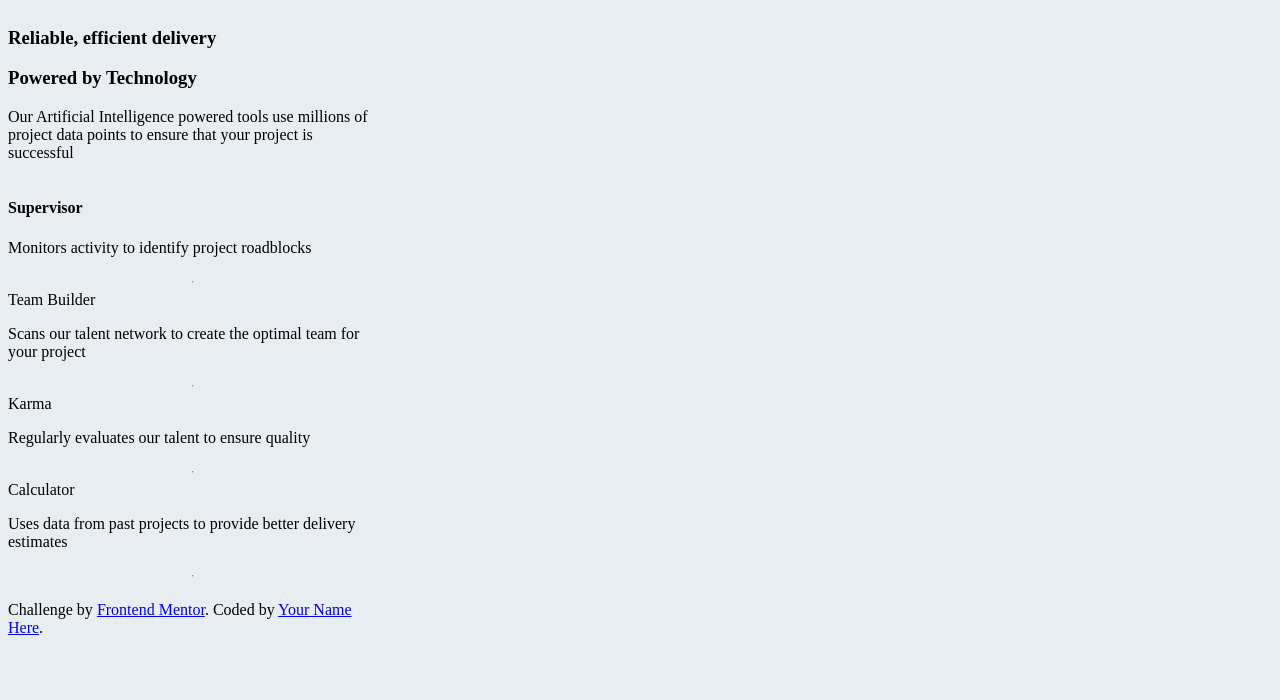
Repository: AngelaMwelu/four-card-page
Page: index.html
An editor plug-in stored every save of this project. The page is shown before and after the next save, followed by the edit.
The browser window is 1280 px wide. The pictures show the whole page.

Above is the page before, as saved 2025-05-15 15:10:45.

### index.html
<!DOCTYPE html>
<html lang="en">
<head>
  <meta charset="UTF-8">
  <meta name="viewport" content="width=device-width, initial-scale=1.0"> <!-- displays site properly based on user's device -->

  <link rel="icon" type="image/png" sizes="32x32" href="./images/favicon-32x32.png">
  <link rel="stylesheet" href="style.css">

  <title>Frontend Mentor | Four card feature section</title>
  <!-- Feel free to remove these styles or customise in your own stylesheet 👍 -->

  <style>
    .Card{
      display:flex;
      flex-direction:column;
      justify-content:center;
      min-height: 100mv;
    }
  </style>
</head>
<body>
  <div class="Card">
    <div class="about">
      <h3>Reliable, efficient delivery</h3>
      <h3>Powered by Technology</h3>

      <p>Our Artificial Intelligence powered tools use millions of project data points
       to ensure that your project is successful</p>
    </div>

    <div class="Supervisor">
      <h4>Supervisor</h4>
      <p>Monitors activity to identify project roadblocks</p>
    </div>
    <hr clas="br1">

    <div class="Team Builder">
      </h4>Team Builder</h4>
      </p>Scans our talent network to create the optimal team for your project</p>
    </div>
    <hr clas="br2">

    <div class="Karma">
      </h4>Karma</h4>
      </p>Regularly evaluates our talent to ensure quality</p>
    </div>
    <hr clas="br3">

    <div class="Calculator">
      </h4>Calculator</h4>
      </p>Uses data from past projects to provide better delivery estimates</p>
    </div>
    <hr clas="br4">
  </div>

  <footer>
    <p class="attribution">
      Challenge by <a href="https://www.frontendmentor.io?ref=challenge" target="_blank">Frontend Mentor</a>.
      Coded by <a href="#">Your Name Here</a>.
    </p>
  </footer>
</body>
</html>

### style.css
body{
    background: hsl(210, 29%, 93%);
    width: 370px;
}

After the next save:
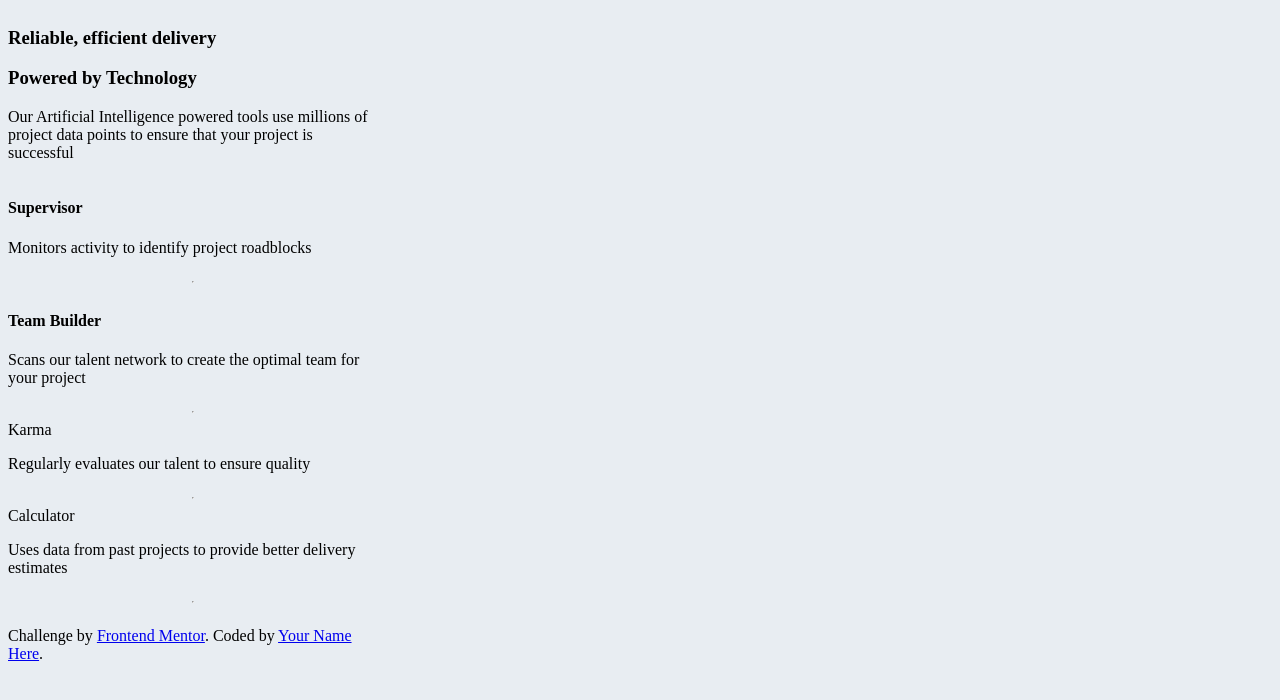
Saved 3 min 24 s later.
--- a/index.html
+++ b/index.html
@@ -36,7 +36,7 @@
     <hr clas="br1">
 
     <div class="Team Builder">
-      </h4>Team Builder</h4>
+      <h4>Team Builder</h4>
       </p>Scans our talent network to create the optimal team for your project</p>
     </div>
     <hr clas="br2">
